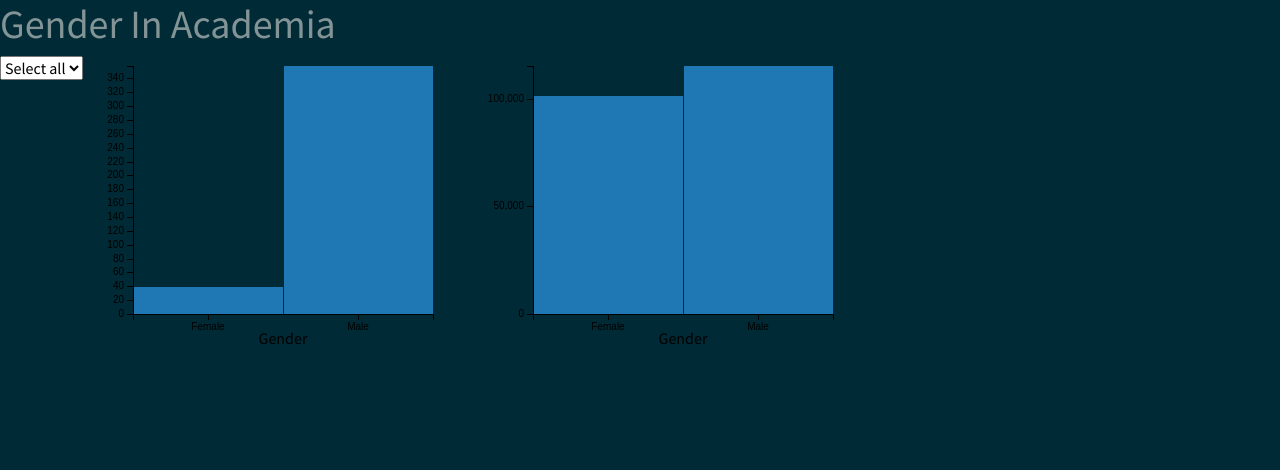
Repository: rafaljanos/Dashboard
Page: Index.html
The author's editor kept a record of every edit. The page is drawn from the files as they stood at one moment, then again after the next edit.
The browser window is 1280 px wide. The pictures show the whole page.

Above is the page before.

### Index.html
<!DOCTYPE html>
<html lang="en">
<head>
    <meta charset="UTF-8">
    <meta name="viewport" content="width=device-width, initial-scale=1.0">
    <meta http-equiv="X-UA-Compatible" content="ie=edge">
    <title>Dashboard</title>

    <link rel="stylesheet" href="static/css/bootstrap.min.css" type="text/css" />
    <link rel="stylesheet" href="static/css/dc.min.css" type="text/css" />

    <script type="text/javascript" src="static/js/d3.min.js"></script>
    <script type="text/javascript" src="static/js/crossfilter.min.js"></script>
    <script type="text/javascript" src="static/js/dc.min.js"></script>
    <script type="text/javascript" src="static/js/queue.min.js"></script>
    <script type="text/javascript" src="static/js/graph.js"></script>

</head>
<body>

    <h1>Gender In Academia</h1>

    <div id="discipline-selector"></div>

    <div id="gender-balance"></div>

    <div id="average-salary"></div>

    <div id="rank-distribution"></div>

</body>
</html>

### static/js/graph.js
queue()
    .defer(d3.csv, "data/Salaries.csv") // directory of file with data to use
    .await(makeGraphs);                 // makeGraphs is any name we want

function makeGraphs(error, salaryData) {// function for that name we choose
    var ndx = crossfilter(salaryData);  // loading salary data to crossfilter

    salaryData.forEach(function(d) {
        d.salary = parseInt(d.salary);  // changing the text data salary to intedur version of the salary
    })

    show_discipline_selector(ndx);      // passind NDX filter to a function that will draw graph discipline_selector
    show_gender_balance(ndx);           // passind NDX filter to a function that will draw graph gender_balance
    show_average_salaries(ndx);         // any name
    show_rank_distribution(ndx);

    dc.renderAll();                     // to render it all
}

function show_discipline_selector(ndx) {        // function for show_discipline_selector
    dim = ndx.dimension(dc.pluck(`discipline`));
    group = dim.group()                         // simple group

    dc.selectMenu("#discipline-selector")       // it creates a selector menu
        .dimension(dim)
        .group(group);
}

function show_gender_balance(ndx) {           // function for show_gender_balance
    var dim = ndx.dimension(dc.pluck(`sex`)); // create dimension of sex variable
    var group = dim.group();                  // create a group

    dc.barChart("#gender-balance")            // create a bar chart for specific div ID
        .width(400)
        .height(300)
        .margins({top: 10, right:50, bottom: 30, left: 50})
        .dimension(dim)
        .group(group)
        .transitionDuration(500)
        .x(d3.scale.ordinal())
        .xUnits(dc.units.ordinal)
        .xAxisLabel("Gender")
        .yAxis().ticks(20);
}

function show_average_salaries(ndx) {
    var dim = ndx.dimension(dc.pluck(`sex`));

    function add_item(p, v) {           // p-keeps track of total and avarage and count, v-each data items we adding
        p.count++;                      // increment the count in p object
        p.total += v.salary;            // increment total by the salary of the data
        p.average = p.total / p.count;  // total devidet by the count
        return p;                       // always return p at the end add or remove function
    }

    function remove_item(p, v) {
        p.count--;                          // reduce the count
        if(p.count == 0) {                  // if the count is 0 we set total count to 0
            p.total = 0;
            p.average = 0;
        }   else {                          // if the count is grater than 0 we use normal calculations
            p.total -= v.salary             // reduce the total by the amount of the salary
            p.average = p.total / p.count;  // total devidet by the count
        }
        return p;
    }

    function initialise() {                 // creates initial value for p
        return {count: 0,total: 0, average: 0};
    }

    var averageSalasyByGender = dim.group().reduce(add_item, remove_item, initialise);


    dc.barChart("#average-salary")
        .width(400)
        .height(300)
        .margins({top: 10, right: 50, bottom: 30, left: 50})
        .dimension(dim)
        .group(averageSalasyByGender)
        .valueAccessor(function(d) {            // to specify which of the 3 values will be plotet
            return d.value.average.toFixed(2);  // .toFixed(2)-reduce to 2 decimels number 2 spaces after (,00)
        })
        .transitionDuration(500)
        .x(d3.scale.ordinal())
        .xUnits(dc.units.ordinal)
        .elasticY(true)
        .xAxisLabel("Gender")
        .yAxis().ticks(4);
}

function show_rank_distribution(ndx) {

    var dim = ndx.dimension(dc.pluck(`sex`));

    var profByGender = dim.group().reduce(
        function (p, v) {
            p.total++;
            if(v.rank == rank) {           // match if the rank what we are looking for is profesor
                p.match++;
            }
            return p;
        },
        function (p, v) {
            p.total--;
            if(v.rank == rank)  {          // match if the rank what we are looking for is profesor
                p.mach--;
            }
            return p;
        },
        function () {
            return {total: 0, match: 0};
        }
    );

    function rankByGender(dimension, rank) {
        return dimension.group().reduce(
        function (p, v) {
            p.total++;
            if(v.rank == rank) {           // match if the rank what we are looking for is profesor
                p.match++;
            }
            return p;
        },
        function (p, v) {
            p.total--;
            if(v.rank == rank)  {          // match if the rank what we are looking for is profesor
                p.mach--;
            }
            return p;
        },
        function () {
            return {total: 0, match: 0};
        }
    );
    }

    var profByGender = rankByGender(dim, "Prof");
    var asstProfByGender = rankByGender(dim, "AsstProf");
    var assocProfByGender = rankByGender(dim, "AssocProf");

    // console.log(profByGender.all());        // to inspect and check if that works

    dc.barChart("#rank_distribution")
    .width(400 )
    .height(300)
    .dimension(dim)
    .group(profByGender, "Prof")
    .stack(asstProfByGender, "Asst Prof")       // stacks this group on top of prof
    .stack(assocProfByGender, "Assoc Prof")     // stacks this group on top of asst
    .valueAccessor(function (d) {               // geting procentage of the total
        if(d.value.total >0) {
            return (d.value.match / d.value.total) * 100; //matching amount devide by total and multiply by 100
        } else {
            return 0;
        }
    })
    .x(d3.scale.ordinal())
    .xUnits(dc.units.ordinal)
    .legend(dc.legend().x(320).y(20).itemHeight(15).gap(5))
    .margins({top: 10, right: 100, buttom: 30, left: 30})

}

Loaded but not shown: static/css/bootstrap.min.css (library); static/css/dc.min.css (library); static/js/d3.min.js (library); static/js/crossfilter.min.js (library); static/js/dc.min.js (library); static/js/queue.min.js (common file)

After the next edit:
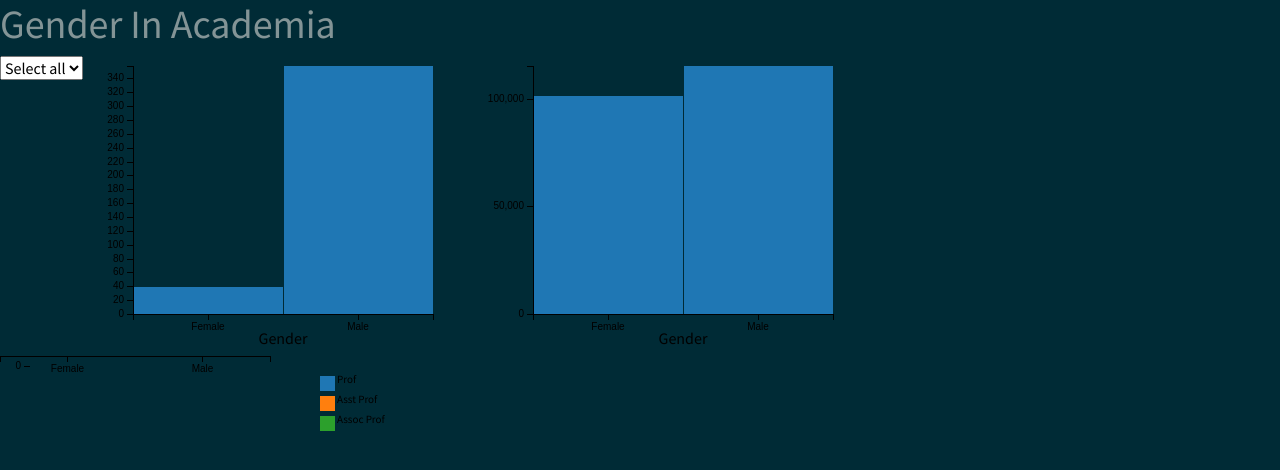
The edit:
--- a/static/js/graph.js
+++ b/static/js/graph.js
@@ -141,8 +141,8 @@
 
     // console.log(profByGender.all());        // to inspect and check if that works
 
-    dc.barChart("#rank_distribution")
-    .width(400 )
+    dc.barChart("#rank-distribution")
+    .width(400)
     .height(300)
     .dimension(dim)
     .group(profByGender, "Prof")
